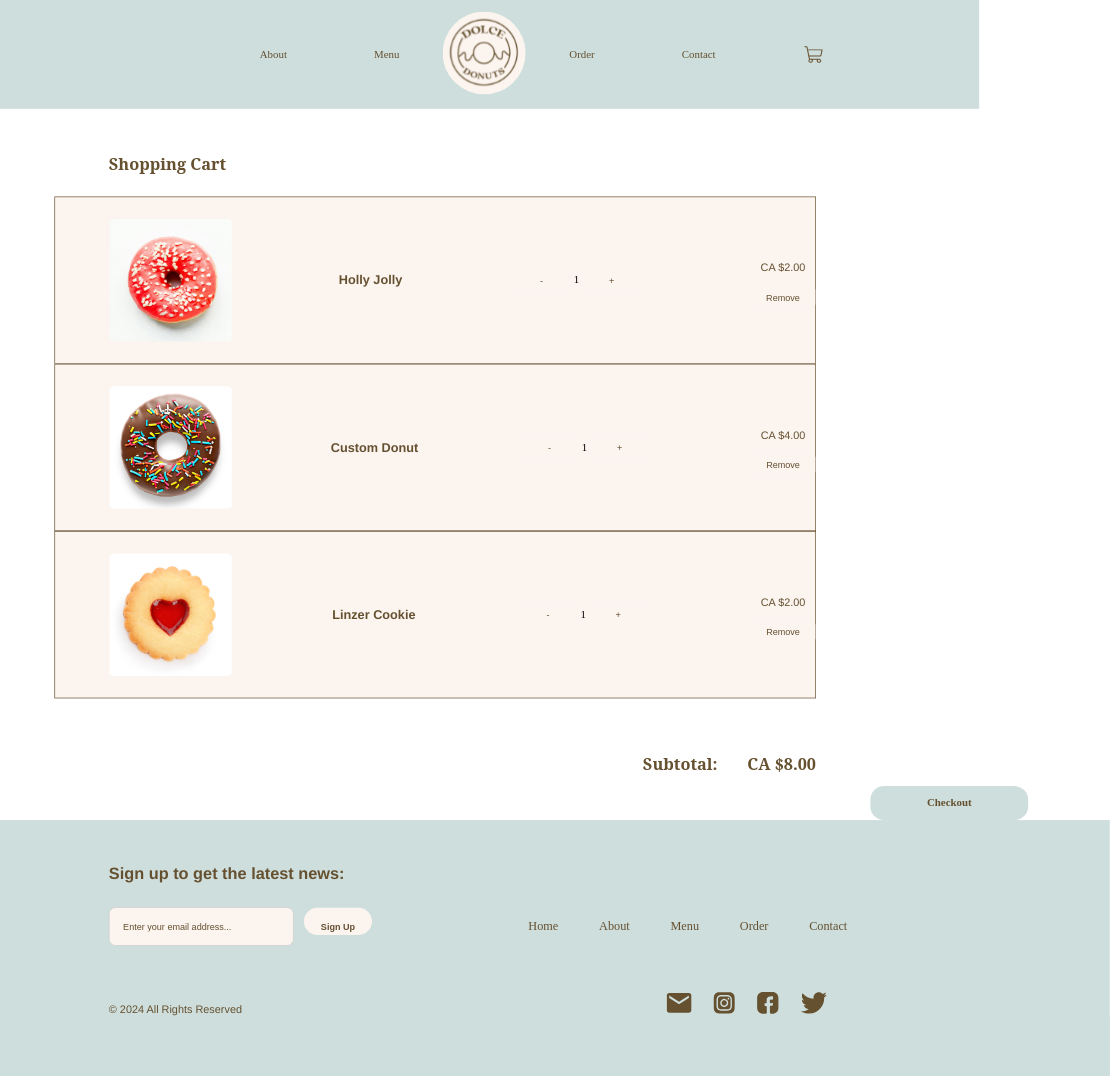
Repository: Crystalhtc/dolcedonuts
Page: /cart
The author's editor kept a copy of each file at every save. The page is drawn from the files as they stood at one save, then again after the next save.
The browser window is 1280 px wide. The page is 1632 px wide, so the pictures cover 1632 px, including what lies to the right of the window. The pictures show the whole page, at 68% of full size.
The project was rebuilt for these pictures with package versions that can differ from the ones it lists, and the page was loaded fresh each time. Also part of the build but not shown: vite.config.js, src/pages/Home.module.css, src/components/ProductCard/ProductCard.jsx, src/Data/products.js, src/pages/Order.css, src/pages/Menu.jsx, src/pages/Order.jsx, src/pages/Contact.module.css and 17 more.

Above is the page before, as saved 2024-10-21 05:48:56.

### src/App.jsx
import React from 'react';
import "./App.css";
import { BrowserRouter as Router, Route, Routes } from 'react-router-dom';
import Header from './components/Header/Header';
import Footer from './components/Footer/Footer';
import Home from './pages/Home';
import Menu from './pages/menu';
import Order from './pages/order';
import Contact from './pages/Contact';
import About from './pages/About';
import Checkout from './pages/Checkout';
import Cart from './pages/Cart';
import ProductDetails from './pages/ProductDetails';
import PaymentReview from './pages/PaymentReview';

function App() {

  return (
    <Router>
      <Header />
      <Routes>
        <Route path="/" element={<Home />} />
        <Route path="/about" element={<About />} />
        <Route path="/menu" element={<Menu />} />
        <Route path="/order" element={<Order />} />
        <Route path="/productdetails/:id" element={<ProductDetails />} />
        <Route path="/contact" element={<Contact />} />
        <Route path="/cart" element={<Cart />} />
        <Route path="/checkout" element={<Checkout />} />
        <Route path="/paymentreview" element={<PaymentReview />} />
      </Routes>
      <Footer />
    </Router>
  );
}

export default App;

### src/App.css
@import url('https://fonts.googleapis.com/css2?family=Arimo:ital,wght@0,400..700;1,400..700&display=swap');
@import url('https://fonts.googleapis.com/css2?family=Noto+Serif:ital,wght@0,100..900;1,100..900&display=swap');

:root {
    --mint: #CEDEDC;
    --cream: #FBF4EF;
    --pink: #F5CCD6;
    --dark-pink: #E3BBC5;
    --brown: #655030;
    --dark-brown: #4C3B22;
}
body {
    margin: 0 auto;
}
/* font */
/* heading, button */
h1 {
    font-family: "Noto Serif", serif;
    color: #655030;
    font-size: 28pt;
}
/* subheading */
h2 {
    font-size: 24pt;
    font-family: 'Arimo', sans-serif;
    color: #655030;
}
/* paragraph */
p {
    font-family: 'Arimo', sans-serif;
    color: #655030;
}

.container {
    max-width: 1440px;
    margin: 0 auto;
    height: auto;
    /* padding: 20px;  */
}

### src/components/Header/Header.jsx
import { NavLink } from 'react-router-dom';
import styles from './Header.module.css';
import logo from '../../assets/logo.svg';
import cartIcon from '../../assets/cart-icon.svg';

export default function Header() {
  return (
    <nav className={styles.nav}>
      <ul className={styles.navList}>
        <li className={styles.navItem}>
          <NavLink to="/about" className={({ isActive }) => (isActive ? styles.activeLink : undefined)}>About</NavLink>
        </li>
        <li className={styles.navItem}>
          <NavLink to="/menu" className={({ isActive }) => (isActive ? styles.activeLink : undefined)}>Menu</NavLink>
        </li>
        <li className={styles.logoContainer}>
          <NavLink to="/">
            <img src={logo} alt="Logo" className={styles.logo} />
          </NavLink>
        </li>
        <li className={styles.navItem}>
          <NavLink to="/order" className={({ isActive }) => (isActive ? styles.activeLink : undefined)}>Order</NavLink>
        </li>
        <li className={styles.navItem}>
          <NavLink to="/contact" className={({ isActive }) => (isActive ? styles.activeLink : undefined)}>Contact</NavLink>
        </li>
        <li className={styles.navItem}>
          <NavLink to="/cart" className={({ isActive }) => (isActive ? styles.activeLink : undefined)}>
            <img src={cartIcon} alt="Cart" className={styles.cartIcon} />
          </NavLink>
        </li>
      </ul>
    </nav>
  );
}

### src/components/Footer/Footer.jsx
import React from 'react';
import styles from './Footer.module.css';
import socialMediaIcons from '../../assets/social-media-icons.svg';

const Footer = () => {
    return (
        <footer className={styles.footer}> {/* Use styles for className */}
            <h2 className={styles.signUpMessage}>Sign up to get the latest news:</h2>

            <div className={styles.topContainer}>
                <div className={styles.newsletterSignup}> {/* Use styles for className */}
                    <input type="email" placeholder="Enter your email address..." />
                       <button className={styles.signupButton}>Sign Up</button> {/* Use styles for className */}
                </div>

                 <div className={styles.footerLinks}>
                     <ul className={styles.linkList}>
                        <li><a href="/">Home</a></li>
                        <li><a href="/about">About</a></li>
                        <li><a href="/menu">Menu</a></li>
                        <li><a href="/order">Order</a></li>
                        <li><a href="/contact">Contact</a></li>
                    </ul>
                </div>
            </div>

            <div className={styles.footerBottomContainer}>
                <p>© 2024 All Rights Reserved</p>
                <div className={styles.socialMedia}> {/* Use styles for className */}
                    <img src={socialMediaIcons} alt="Social Media Icons" />
                </div>
            </div>
        </footer>
    );
};

export default Footer;

### src/pages/Home.jsx
import React from 'react';
import homeBanner from '../assets/home-main-banner.png';
import cardImage1 from '../assets/home-card-img-1.png';
import cardImage2 from '../assets/home-card-img-2.png';
import cardImage3 from '../assets/home-card-img-3.png';
import cardImage4 from '../assets/home-card-img-4.png';
import cardImage5 from '../assets/home-card-img-5.png';
import styles from './Home.module.css';

const cardData = [
    {
        id: 1,
        image: cardImage1,
        text: (
            <div className={styles.addressCard}>
                    <div className={styles.addressColumn}>
                        <h2>Downtown</h2>
                        <p>XXX West Pender St.<br />
                        Vancouver, BC<br />
                        V6B 1V3<br />
                        (604) XXX-XXXX<br />
                        Mon - Fri 9am – 5pm*<br />
                        Sat - Sun 10am – 6pm*<br />
                        *Or until sell out occurs.</p>
                    </div>
                    <div className={styles.addressColumn}>
                        <h2>Mount Pleasant</h2>
                        <p>XXX Main St.<br />
                        Vancouver, BC<br />
                        V4C 2V6<br />
                        (604) XXX-XXXX<br />
                        Mon - Fri 9am – 5pm*<br />
                        Sat - Sun 10am – 6pm*<br />
                        *Or until sell out occurs.</p>
                    </div>
            </div>
        ),
        button: 'About Us',
        link: '/about'
    },
    {
        id: 2,
        image: cardImage2,
        text: 'Choose your favourite toppings, glazes, and flavours to create a personalized donut, just the way you like.',
        button: 'Custom Donut',
        link: '/order'
    },
    {
        id: 3,
        image: cardImage3,
        text: 'Explore sweet delights at Dolce Donuts with our signature treats, freshly baked treats, and expertly crafted coffees. Our menu is designed to satisfy your sweet cravings.',
        button: 'Menu',
        link: '/menu'
    },
    {
        id: 4,
        image: cardImage4,
        text: 'Pre-order our artisanal donuts for pick-up or shipping! We prepare the same selection as in store. Treat yourself to flavour-packed joy.',
        button: 'Pre-Order Online',
        link: '/order'
    },
    {
        id: 5,
        image: cardImage5,
        text: 'We are here to assist with any inquiries or special orders. Drop us a message to help us make your donut dreams come true!',
        button: 'Get in Touch',
        link: '/contact'
    },
];

export default function Home() {
    return (
        <div className={styles.homeContainer}>
            <img
                src={homeBanner}
                alt="Home Main Banner"
                className={styles.homeBanner}
            />

<div className={styles.cardsContainer}>
                {cardData.map((card, index) => (
                    <div
                        key={card.id}
                        className={`${styles.card} ${index % 2 === 0 ? styles.mintBackground : ''} ${index % 2 === 0 ? styles.cardLeft : styles.cardRight}`}
                    >
                        <img
                            src={card.image}
                            alt={`Card ${card.id}`}
                            className={styles.cardImage}
                        />
                        <div className={styles.cardContent}>
                            <p>{card.text}</p>
                            <a href={card.link} className={styles.ctaButton}>{card.button}</a>
                        </div>
                    </div>
                ))}
            </div>
        </div>
    );
}

### src/pages/Cart.jsx
import { useState } from "react";
import styles from "./Cart.module.css";
import MintButton from "../components/MintButton/MintButton";

export default function Cart() {
    const [quantities, setQuantities] = useState({
        hollyJolly: 1,
        customDonut: 1,
        linzerCookie: 1,
    });

    const prices = {
        hollyJolly: 2.00,
        customDonut: 4.00,
        linzerCookie: 2.00,
    };

    const handleAdd = (item) => {
        setQuantities((prevQuantities) => ({
            ...prevQuantities,
            [item]: prevQuantities[item] + 1,
        }));
    };

    const handleRemove = (item) => {
        setQuantities((prevQuantities) => ({
            ...prevQuantities,
            [item]: Math.max(1, prevQuantities[item] - 1),
        }));
    };

    const handleRemoveItem = (item) => {
        setQuantities((prevQuantities) => {
            const newQuantities = { ...prevQuantities };
            delete newQuantities[item];
            return newQuantities;
        });
    };

    const getTotalPrice = (item) => {
        return (quantities[item] * prices[item]).toFixed(2);
    };

    const calculateTotal = () => {
        return Object.keys(quantities).reduce((total, item) => {
            return total + quantities[item] * prices[item];
        }, 0).toFixed(2);
    };

    return (
        <div>
            <h2 className={styles.cartH2}>Shopping Cart</h2>
            <div className={styles.listContainer}>
                {quantities.hollyJolly && (
                    <div className={styles.itemList}>
                        <img
                            src="src/assets/Donut2.png"
                            alt="Red glazed donut"
                            className={styles.donutImg}
                            width={180}
                            height={180}
                        />
                        <h3 className={styles.cookieName}>Holly Jolly</h3>
                        <div className={styles.quantityControls}>
                            <button onClick={() => handleRemove("hollyJolly")}>-</button>
                            <span>{quantities.hollyJolly}</span>
                            <button onClick={() => handleAdd("hollyJolly")}>+</button>
                        </div>
                        <div className={styles.priceRemove}>
                            <p className={styles.totalPrice}>CA ${getTotalPrice("hollyJolly")}</p>
                            <button className={styles.removeBtn} onClick={() => handleRemoveItem("hollyJolly")}>Remove</button>
                        </div>
                    </div>
                )}

                {quantities.customDonut && (
                    <div className={styles.itemList}>
                        <img
                            src="src/assets/Donut1.png"
                            alt="Chocolate glazed donut"
                            className={styles.donutImg}
                            width={180}
                            height={180}
                        />
                        <h3 className={styles.cookieName}>Custom Donut</h3>
                        <div className={styles.quantityControls}>
                            <button onClick={() => handleRemove("customDonut")}>-</button>
                            <span>{quantities.customDonut}</span>
                            <button onClick={() => handleAdd("customDonut")}>+</button>
                        </div>
                        <div className={styles.priceRemove}>
                            <p className={styles.totalPrice}>CA ${getTotalPrice("customDonut")}</p>
                            <button className={styles.removeBtn} onClick={() => handleRemoveItem("customDonut")}>Remove</button>
                        </div>
                    </div>
                )}

                {quantities.linzerCookie && (
                    <div className={styles.itemList}>
                        <img
                            src="src/assets/LinzerCookie.png"
                            alt="Heart butter cookie"
                            className={styles.donutImg}
                            width={180}
                            height={180}
                        />
                        <h3 className={styles.cookieName}>Linzer Cookie</h3>
                        <div className={styles.quantityControls}>
                            <button onClick={() => handleRemove("linzerCookie")}>-</button>
                            <span>{quantities.linzerCookie}</span>
                            <button onClick={() => handleAdd("linzerCookie")}>+</button>
                        </div>
                        <div className={styles.priceRemove}>
                            <p className={styles.totalPrice}>CA ${getTotalPrice("linzerCookie")}</p>
                            <button className={styles.removeBtn} onClick={() => handleRemoveItem("linzerCookie")}>Remove</button>
                        </div>
                    </div>
                )}
            </div>

            <div className={styles.totalContainer}>
                <h2 className={styles.totalH2}>Subtotal: &nbsp;&nbsp;&nbsp;&nbsp;&nbsp; CA ${calculateTotal()}</h2>
                <div className={styles.checkoutBtn} style={{ width: '200px'}}>
                    <MintButton buttonText="Checkout" />
                </div>

            </div>
        </div>
    );
}

### src/components/Header/Header.module.css
.nav {
    width: 1440px;
    height: 160px;
    background-color: var(--mint);
    display: flex;
    justify-content: center;
    flex-shrink: 0;
    margin: auto;
}

.navList {
    list-style-type: none;
    display: flex;
    justify-content: center;
    align-items: center;
    margin: 0;
    padding: 0;
    width: 100%;

    margin-left: 11%;
}

.navItem {
    margin: 0 4rem;
}

.navItem a {
    text-decoration: none;
    color: var(--brown);
}

.logoContainer {
    flex: 0 0 auto;
}

.logo {
    width: 122px;
    height: 122px;
    object-fit: contain;
}

.cartIcon {
    width: 36px;
    height: auto;
}

.navItem .activeLink {
    text-decoration: underline;
    color: var(--brown);
}

### src/components/Footer/Footer.module.css
.footer {
    width: 1440px;
    height: 312px;
    background-color: var(--mint);
    padding: 2rem;
    color: var(--brown);
    padding-left: 10rem;
    flex-shrink: 0;
    margin: auto;
}

.topContainer {
    display: flex;
    align-items: center;
    gap: 10rem;
}

.footerBottomContainer {
    display: flex;
    margin-top: 3rem;
    gap: 39rem;
}

.newsletterSignup input {
    padding: 20px;
    width: 230px;
    border: 1px solid #ccc;
    background-color: var(--cream);
    border-radius: 10px;
}

.signupButton {
    width: 100px;
    padding: 20px;
    margin-left: 15px;
    background-color: var(--cream);
    color: var(--brown);
    font-weight: bold;
    border: none;
    border-radius: 20px;
}

.footerLinks {
    margin: 20px 0;
    display: flex;
    font-size: large;
}

.linkList a {
    color: var(--brown);
    list-style-type: none;
    text-decoration: none;
}

.linkList li {
    text-decoration: none;
    display: inline;
    margin: 0 30px;
}

.socialMedia img {
    width: 250px;
    height: auto;
}

### src/pages/Checkout.module.css
.checkoutContainer {
    display: flex;
    align-items: center;
    justify-content: center;
}

input {
    background-color: var(--cream);
    border: none;
    padding: 1rem;
    border-radius: 4px;
}

.contactInputs {
    display: flex;
    flex-direction: column;
}

.checkoutContainer {
    display: flex;
    justify-content: space-between;
    align-items: start;
    padding: 2rem;
    max-width: 1200px;
    margin: 0 auto;
    gap: 3rem;
}

.leftColumn {
    flex: 2;
}

.rightColumn {
    flex: 1;
    padding: 2rem;
    height: fit-content;
    border-left: 1px solid var(--brown);
}

::placeholder {
    color: var(--brown);
}

h3 {
    color: var(--brown);
}

/* Contact Section */
.contactInputs {
    display: flex;
    flex-direction: column;
    gap: 1rem;
}

/* Delivery Section */
.deliveryOptions {
    display: flex;
    flex-direction: column;
    align-items: center;
}

.deliveryToggle {
    display: flex;
    align-items: center;
    gap: 1rem;
    margin: 1rem 0;
    background-color: var(--cream);
    border-radius: 10px;
    padding: 0.5rem;
    width: 60%;
}

/* Delivery Toggle Buttons */
.deliveryToggle {
    display: flex;
    gap: 1rem; /* Space between buttons */
}

.deliveryToggle button {
    padding: 0.75rem 1rem;
    border: none;
    border-radius: 20px;
    cursor: pointer;
    flex: 1;
    transition: background-color 0.3s ease; /* Smooth transition */
}

/* Default styles */
.pickupButton {
    background-color: transparent; /* Inactive state */
    color: var(--brown); /* Text color */
}

.deliveryButton {
    background-color: transparent; /* Inactive state */
    color: var(--brown); /* Text color */
}

/* Active styles */
.pickupButton.active,
.deliveryButton.active {
    background-color: var(--mint); /* Active button color */
}

/* Hover state */
.deliveryToggle button:hover {
    background-color: pink; /* Hover state */
}

/* Optional: Set a specific color for inactive buttons' text */
.deliveryToggle button:not(.active) {
    color: var(--brown); /* Change to desired inactive text color */
}

.addresses {
    display: flex;
    flex-direction: column;
    gap: 1rem;
}

.downtown, .mountPleasant {
    background-color: var(--cream);
    border-radius: 10px;
    padding: 1rem;
    display: flex;
    gap: 1rem;
    align-items: start;
}


/* Payment Section */
.paymentContainer {
    margin: 1rem 0;
}

.creditCardTitle {
    background: var(--mint);
    padding: 0.5rem 1rem;
    margin-bottom: 1rem;
}

.paymentInputs {
    display: flex;
    flex-direction: column;
    gap: 1rem;
}

.fullWidthInput input {
    width: 100%;
}

.halfWidthInput {
    display: flex;
    justify-content: space-between;
}

.firstHalfInput {
    width: 100%;
}

.secondHalfInput {
    width: 100%;
    display: flex;
    justify-content: end;
}

.firstHalfInput input {
    width: 90%;
}

.secondHalfInput input {
    width: 90%;
}

.halfWidthInputField input {
    width: 50%
}

.paymentInputs > div {
    display: flex;
    gap: 1rem;
}

/* Right Column Styling */
.checkoutProducts {
    display: flex;
    flex-direction: column;
    gap: 1rem;
    margin-bottom: 2rem;
}

.discountCode {
    display: flex;
    gap: 1rem;
    margin-bottom: 2rem;
    height: 3rem;
}

.discountInput {
    flex: 1;
    background: none;
    border: 2px solid var(--mint);
}

.discountButton {
    height: 3rem;
    padding: 0 1.5rem;
    background: none;
    border: none;
    border-radius: 10px;
    cursor: pointer;
    background: var(--cream);
}

.discountButton:hover {
    background: var(--brown);
    color: var(--cream);
}

.price {
    display: flex;
    flex-direction: column;
    margin-bottom: 2rem;
}

.subtotal, .tax, .total {
    display: flex;
    justify-content: space-between;
    align-items: center;
}

.total {
    font-weight: bold;
    font-size: 1.2rem;
    border-top: 1px solid #ccc;
    padding-top: 1rem;
}

/* Section Headers */
h1 {
    margin-bottom: 2rem;
    font-size: 2rem;
}

h2 {
    margin: 2rem 0 1rem 0;
    font-size: 1.5rem;
}

/* Responsive Design */
@media (max-width: 768px) {
    .checkoutContainer {
        flex-direction: column;
        padding: 1rem;
    }

    .rightColumn {
        width: 100%;
    }

    .paymentInputs > div,
    .addressInputs > div {
        flex-direction: column;
    }
}

### src/components/MintButton/MintButton.jsx
import React from 'react';
import { NavLink } from 'react-router-dom';
import styles from './MintButton.module.css';

const MintButton = ({ path, buttonText }) => {
    return (
        <div className={styles.buttonContainer}>
            <div className={styles.button}>
                <NavLink
                    to= {path}
                    className={styles.buttonLink}
                >
                    {buttonText}
                </NavLink>
            </div>
        </div>
    );
};

export default MintButton;

### src/pages/Cart.module.css
.cartH2 {
    font-family: "Noto Serif", serif;
    margin-left: 10rem;
    margin-top: 4rem;
    margin-bottom: 2rem;
}

.listContainer {
    margin-bottom: 5rem;
}

.itemList {
    display: flex;
    background-color: var(--cream);
    border: var(--brown) solid 1px;
    margin-left: 5rem;
    margin-right: 5rem;
    align-items: center;
    justify-content: space-between;
}

.donutImg {
    padding-left: 5rem;
    padding-top: 2rem;
    padding-bottom: 2rem;
}

.cookieName {
    font-family: 'Arimo', sans-serif;;
}

.priceRemove {
    text-align: center;
}

.totalContainer {
    text-align: right;
    margin-right: 5rem;
}

.totalH2 {
    font-family: "Noto Serif", serif;
}

.checkoutBtn {
    margin-left: 80rem;
}

### src/components/ProductCard/ProductCard.module.css
.container {
    width: 340px;
    height: 530px;
    border-radius: 8px;
    padding: 18px 8px;
    box-shadow: 0px 4px 4px 0px rgba(0, 0, 0, 0.25);
    display: flex;
    flex-direction: column;
    align-items: center;
}
.priceAndButton {
    display: flex;
    flex-direction: row;
    align-items: center;
    gap: 10em;
}
button {
    width: 95px;
    height: 36px;
    border-radius: 8px;
    border: none;
    color: var(--brown);
    background: var(--Cream, #FBF4EF);
}
button h2 {
    margin: 0;
}

### src/components/MintButton/MintButton.module.css
.buttonContainer {
    width: 100%;
}

.button {
    width: 100%;
}

.button .buttonLink {
    display: block;
    width: 100%;
    padding: 1rem;
    background-color: var(--mint);
    color: var(--brown);
    border: none;
    border-radius: 20px;
    cursor: pointer;
    font-size: 1rem;
    font-weight: bold;
    text-align: center;
    text-decoration: none;
}

.button .buttonLink:hover {
    background-color: var(--pink);
}

Loaded but not shown: index.html (common file); src/main.jsx (common file)

After the next save:
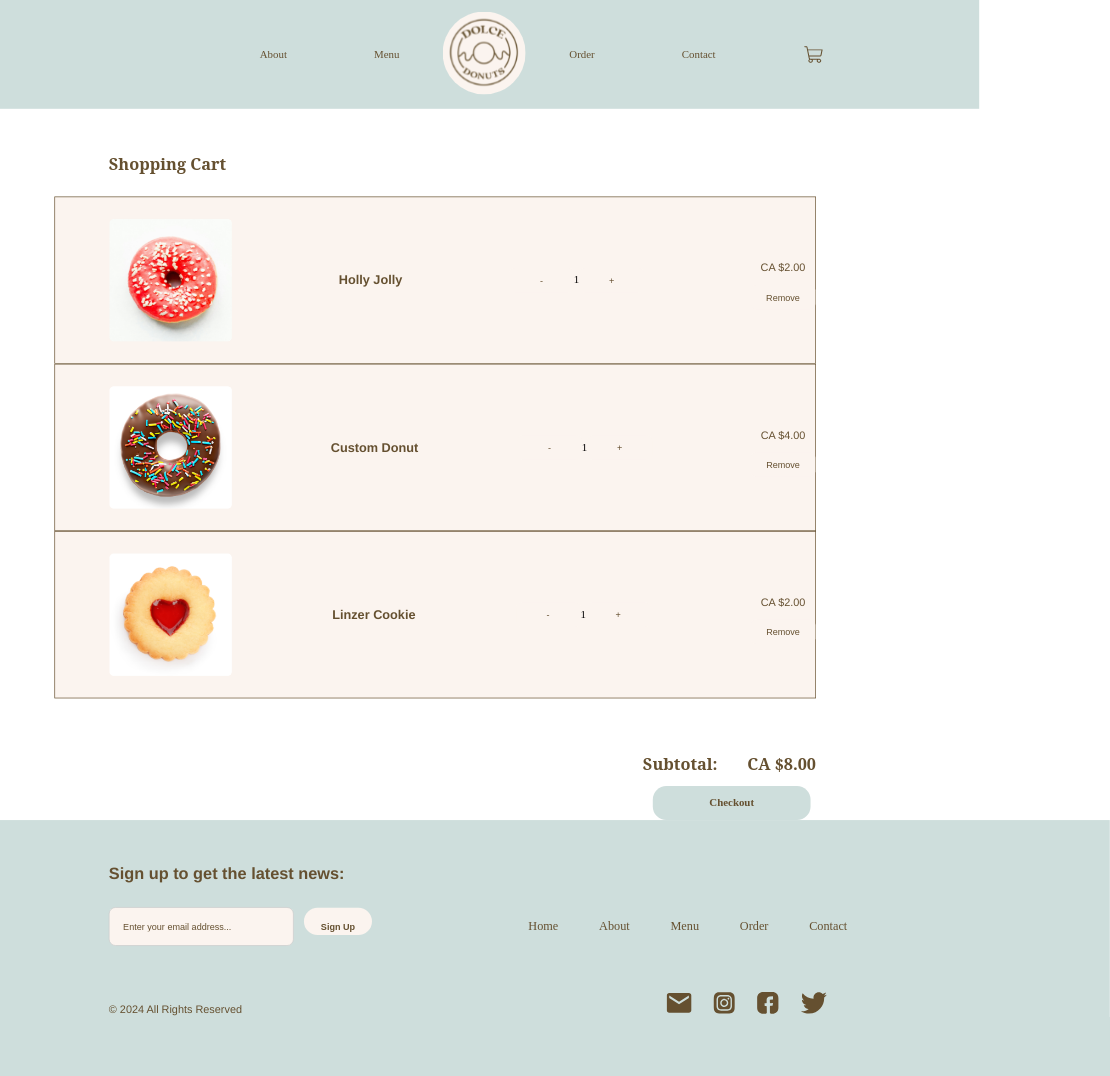
Saved 6 s later.
--- a/src/pages/Cart.module.css
+++ b/src/pages/Cart.module.css
@@ -43,5 +43,5 @@
 }
 
 .checkoutBtn {
-    margin-left: 80rem;
+    margin-left: 60rem;
 }
